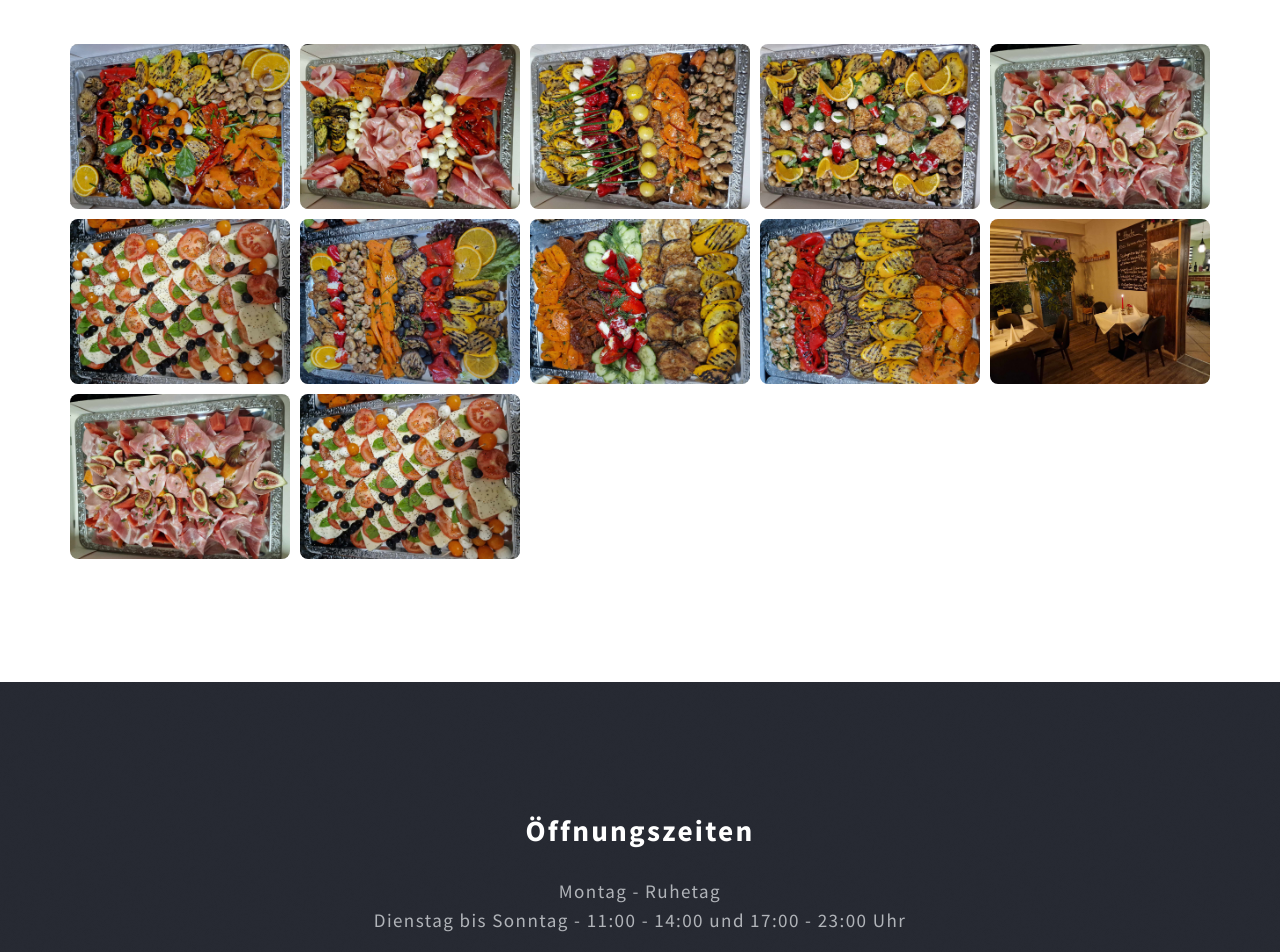
Repository: restaurantlamontana/restaurantlamontana.github.io
Page: index.html
The author's editor kept a copy of each file at every save. The page is drawn from the files as they stood at one save, then again after a run of saves.
The browser window is 1280 px wide. The pictures show the part of the page from y = 922 to 1874 px (the page is 2160 px tall).

Above is the page before, as saved 2024-07-14 18:36:19.

### index.html
<!DOCTYPE html>
<!--
	Escape Velocity by HTML5 UP
	html5up.net | @ajlkn
	Free for personal and commercial use under the CCA 3.0 license (html5up.net/license)
-->
<html>
  <head>
    <title>La Montana</title>
    <meta charset="utf-8" />
    <meta
      name="viewport"
      content="width=device-width, initial-scale=1, user-scalable=no"
    />
    <link rel="stylesheet" href="assets/css/main.css" />
  </head>
  <body class="homepage is-preload">
    <div id="page-wrapper">
      <!-- Header -->
      <section id="header" class="wrapper">
        <!-- Logo -->
        <div id="logo">
          <h1><a href="index.html">La Montana</a></h1>
          <p>Restaurant</p>
        </div>

        <!-- Nav -->
        <nav id="nav">
          <ul>
            <li class="current"><a href="index.html">Home</a></li>
            <li><a href="assets/Speisekarte_Scan.pdf" target="_blank">Speisekarte</a></li>
            <li><a href="blog.html">Blog</a></li>
          </ul>
        </nav>
      </section>

      <!-- Intro -->
      <section id="intro" class="wrapper style1">
        <div class="container">
			<br><br><br><br>
          <p class="style1">Das Restaurant La Montana in Veitshöchheim...</p>
          <ul class="actions">
            <li><a href="assets/Speisekarte_Scan.pdf" target="_blank" class="button style3 large">Speisekarte</a></li>
          </ul>
        </div>
      </section>

	  <!-- Image Grid -->
      <section class="wrapper">
        <div class="container">
          <div class="image-grid">
            <img src="images/IMG_3194.JPG">
            <img src="images/IMG_3195.JPG">
            <img src="images/IMG_3196.JPG">
            <img src="images/IMG_3197.JPG">
            <img src="images/IMG_3198.JPG">
            <img src="images/IMG_3199.JPG">
			<img src="images/IMG_3200.JPG">
            <img src="images/IMG_3201.JPG">
            <img src="images/IMG_3202.JPG">
            <img src="images/IMG_3203.JPG">
            <img src="images/IMG_3198.JPG">
            <img src="images/IMG_3199.JPG">
          </div>
        </div>
      </section>

      <!-- Footer -->
      <section id="footer" class="wrapper">
		<div class="container">
			<header class="style1">
				<h2>Öffnungszeiten</h2>
				<p>
					Montag - Ruhetag <br />
					Dienstag bis Sonntag - 11:00 - 14:00 und 17:00 - 23:00 Uhr
				</p>
			</header>
			</div>
			<div class="flex-container">
				<div class="flex-item">
					<h3 class="icon solid fa-home">   Standort</h3>
					<p>
						Stifterstrasse 14<br />
						97209 Veitshöchheim<br />
					</p>
				</div>
				<div class="flex-item">
					<h3 class="icon solid fa-envelope">   Email</h3>
					<p>
						<a href="#">lamontana@gmail.com</a>
					</p>
				</div>
				<div class="flex-item">
					<h3 class="icon solid fa-phone">   Telefon</h3>
					<p>0931-4529111</p>
				</div>
				</div>
		</div>
	</section>
</body>
</html>

Loaded but not shown: assets/css/fontawesome-all.min.css (library); assets/css/main.css (3147 lines, source omitted)

After the next 4 saves:
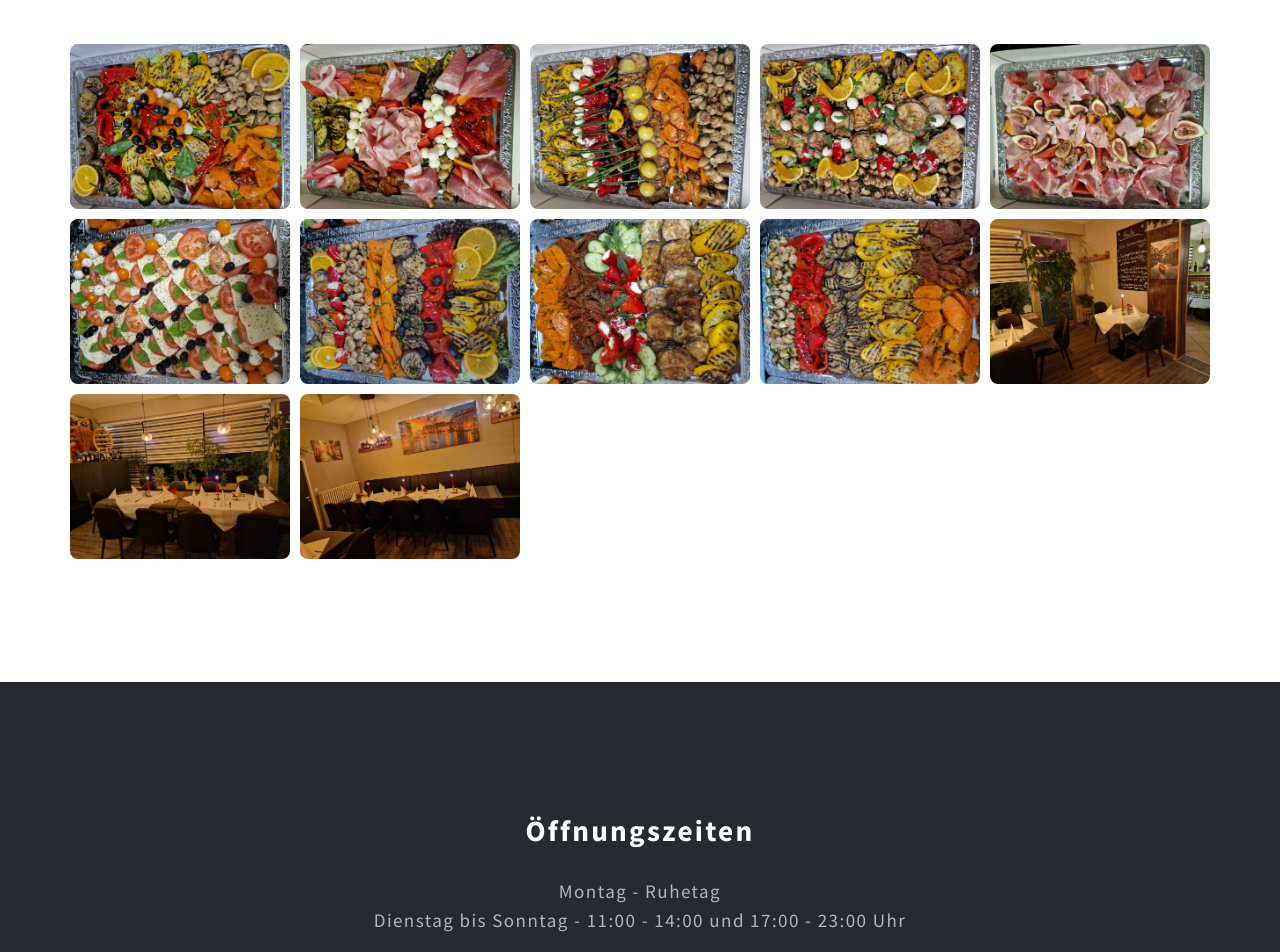
The 4 saves are shown as one change because they came seconds apart.
The last was saved 11 s later.
--- a/index.html
+++ b/index.html
@@ -59,8 +59,8 @@
             <img src="images/IMG_3201.JPG">
             <img src="images/IMG_3202.JPG">
             <img src="images/IMG_3203.JPG">
-            <img src="images/IMG_3198.JPG">
-            <img src="images/IMG_3199.JPG">
+            <img src="images/IMG_3204.JPG">
+            <img src="images/IMG_3205.JPG">
           </div>
         </div>
       </section>
